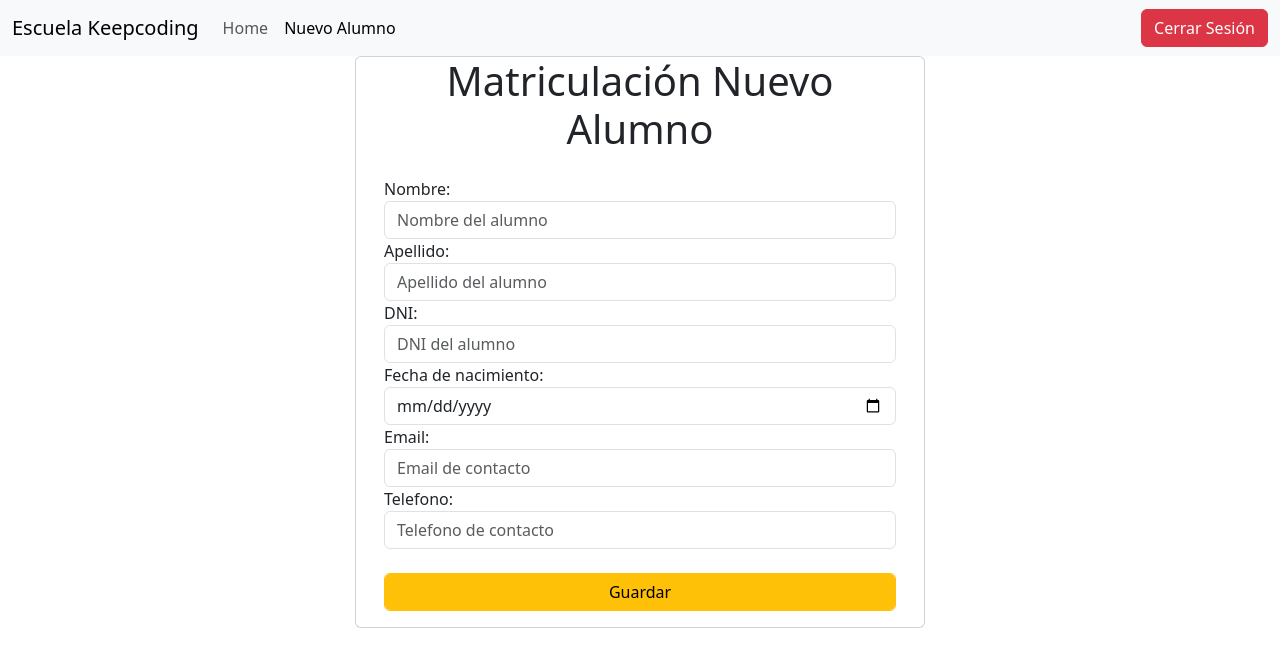
Repository: ChusmiPalos/EscuelaKeepcoding
Page: http://localhost/crear_alumno
An editor plug-in stored every save of this project. The page is shown before and after the next save, followed by the edit.
The browser window is 1280 px wide. The pictures show the whole page.
The page is this project's Thymeleaf template; nobody is signed in. The template is opened directly, without the code that normally fills it, so the values that code supplies are empty.

Above is the page before, as saved 2024-07-06 22:28:20.

### app-web-escuela/src/main/resources/templates/crear_alumno.html
<!DOCTYPE html>
<html xmlns:th="https://www.thymeleaf.org/">
<head>
<meta charset="UTF-8">
<title>Escuela Keepcoding</title>
<link
	href="https://cdn.jsdelivr.net/npm/bootstrap@5.3.3/dist/css/bootstrap.min.css"
	rel="stylesheet"
	integrity="sha384-QWTKZyjpPEjISv5WaRU9OFeRpok6YctnYmDr5pNlyT2bRjXh0JMhjY6hW+ALEwIH"
	crossorigin="anonymous">
</head>
<body>

	<nav class="navbar navbar-expand-lg bg-body-tertiary">
		<div class="container-fluid">
			<a class="navbar-brand" th:href=@{/menu}>Escuela Keepcoding</a>
			<button class="navbar-toggler" type="button"
				data-bs-toggle="collapse" data-bs-target="#navbarNav"
				aria-controls="navbarNav" aria-expanded="false"
				aria-label="Toggle navigation">
				<span class="navbar-toggler-icon"></span>
			</button>
			<div class="collapse navbar-collapse" id="navbarNav">
				<ul class="navbar-nav">
					<li class="nav-item"><a class="nav-link"
						aria-current="page" th:href=@{/menu}>Home</a></li>
					<li class="nav-item"><a class="nav-link active"
						th:href=@{/alumno/new}>Nuevo Alumno</a></li>
				</ul>
			</div>
			<a class="btn btn-danger" th:href=@{/login}>Cerrar Sesión</a>
		</div>
	</nav>

	<div class="container">
		<div class="row">
			<div
				class="col-lg-6 col-md-6 col-sm-6 container justify-content-center card">
				<h1 class="text-center">Matriculaci&oacute;n Nuevo Alumno</h1>
				<div class="card-body">
					<form method="POST" th:object="${alumno}"
						th:action="@{/alumnoForm}">
						<div class="form-group">
							<label>Nombre:</label> <input type="text" name="nombre"
								th:field="*{nombre}" class="form-control"
								placeholder="Nombre del alumno" required>
						</div>
						<div class="form-group">
							<label>Apellido:</label> <input type="text" name="apellido"
								th:field="*{apellido}" class="form-control"
								placeholder="Apellido del alumno" required>
						</div>
						<div class="form-group">
							<label>DNI:</label> <input type="text" name="dni"
								th:field="*{dni}" class="form-control"
								placeholder="DNI del alumno" required>
						</div>
						<div class="form-group">
							<label>Fecha de nacimiento:</label> <input type="date" name="fecha_nac"
								th:field="*{fecha_nac}" class="form-control"
								placeholder="Fecha de nacimiento del alumno" required>
						</div>
						<div class="form-group">
							<label>Email:</label> <input type="email" name="email"
								th:field="*{email}" class="form-control"
								placeholder="Email de contacto" required>
						</div>
						<div class="form-group">
							<label>Telefono:</label> <input type="number" name="telefono"
								th:field="*{telefono}" class="form-control"
								placeholder="Telefono de contacto" required>
						</div>

						<div class="box-footer">
							<label>&nbsp;</label>
							<button class="btn btn-warning form-control">Guardar</button>
						</div>

					</form>
				</div>

			</div>
		</div>

	</div>


	<script
		src="https://cdn.jsdelivr.net/npm/bootstrap@5.3.3/dist/js/bootstrap.bundle.min.js"
		integrity="sha384-YvpcrYf0tY3lHB60NNkmXc5s9fDVZLESaAA55NDzOxhy9GkcIdslK1eN7N6jIeHz"
		crossorigin="anonymous"></script>
</body>
</html>

### app-web-escuela/src/main/resources/templates/fragments/menu_navegacion.html
<!DOCTYPE html>
<html xmlns:th="http://www.thymeleaf.org">
<head>
    <title>Fragmentos</title>
</head>
<body>
    <div th:fragment="menu">
        <nav class="navbar navbar-expand-lg bg-body-tertiary">
            <div class="container-fluid">
                <a class="navbar-brand" th:href="@{/menu}">Escuela Keepcoding</a>
                <button class="navbar-toggler" type="button"
                    data-bs-toggle="collapse" data-bs-target="#navbarNav"
                    aria-controls="navbarNav" aria-expanded="false"
                    aria-label="Toggle navigation">
                    <span class="navbar-toggler-icon"></span>
                </button>
                <div class="collapse navbar-collapse" id="navbarNav">
                    <ul class="navbar-nav">
                        <li class="nav-item"><a class="nav-link active"
                            aria-current="page" th:href="@{/menu}">Home</a></li>
                        <li class="nav-item"><a class="nav-link"
                            th:href="@{/alumno/new}">Nuevo Alumno</a></li>
                    </ul>
                </div>
                <a class="btn btn-danger" th:href="@{/cerrarSesion}">Cerrar Sesión</a>
            </div>
        </nav>
    </div>
</body>
</html>

After the next save:
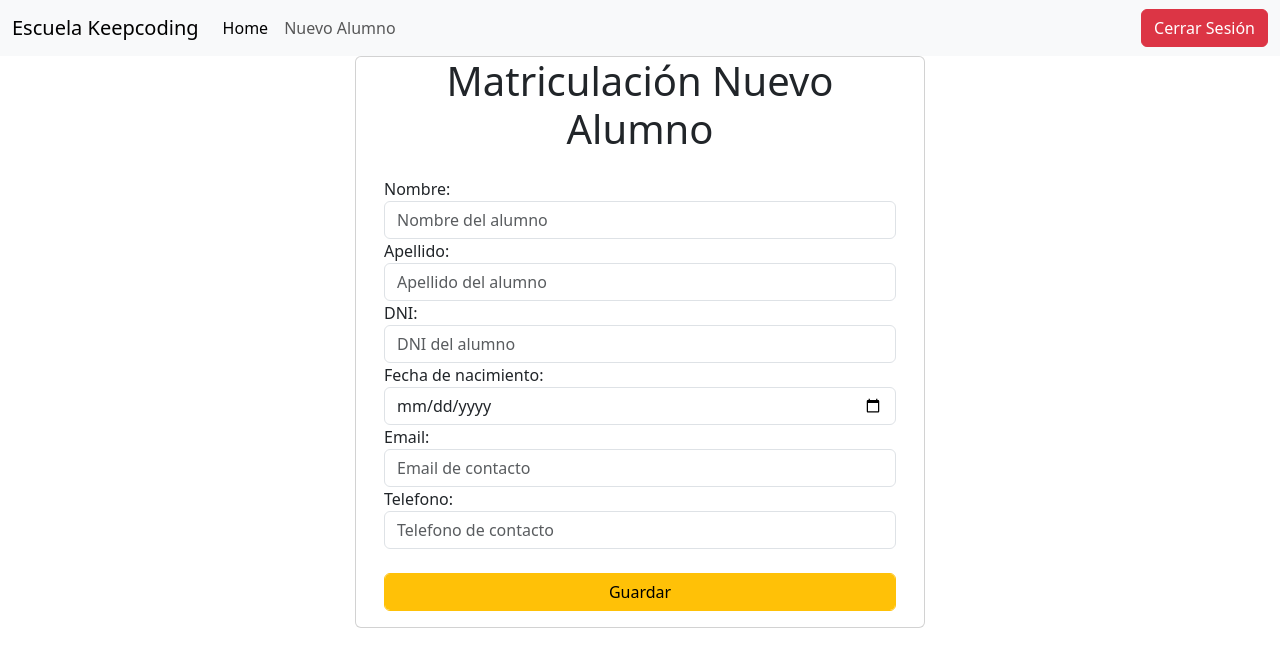
Saved 72 s later.
--- a/app-web-escuela/src/main/resources/templates/crear_alumno.html
+++ b/app-web-escuela/src/main/resources/templates/crear_alumno.html
@@ -11,26 +11,7 @@
 </head>
 <body>
 
-	<nav class="navbar navbar-expand-lg bg-body-tertiary">
-		<div class="container-fluid">
-			<a class="navbar-brand" th:href=@{/menu}>Escuela Keepcoding</a>
-			<button class="navbar-toggler" type="button"
-				data-bs-toggle="collapse" data-bs-target="#navbarNav"
-				aria-controls="navbarNav" aria-expanded="false"
-				aria-label="Toggle navigation">
-				<span class="navbar-toggler-icon"></span>
-			</button>
-			<div class="collapse navbar-collapse" id="navbarNav">
-				<ul class="navbar-nav">
-					<li class="nav-item"><a class="nav-link"
-						aria-current="page" th:href=@{/menu}>Home</a></li>
-					<li class="nav-item"><a class="nav-link active"
-						th:href=@{/alumno/new}>Nuevo Alumno</a></li>
-				</ul>
-			</div>
-			<a class="btn btn-danger" th:href=@{/login}>Cerrar Sesión</a>
-		</div>
-	</nav>
+	<div th:include="fragments/menu_navegacion :: menu"></div>
 
 	<div class="container">
 		<div class="row">
